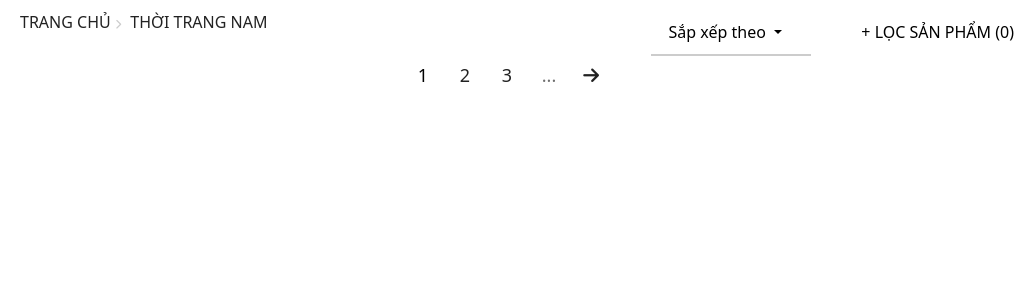
Repository: NguyenQuangQuan021099/FE_Page-Male
Page: index.html
The author's editor kept a copy of each file at every save. The page is drawn from the files as they stood at one save, then again after the next save.
The browser window is 1024 px wide. The pictures show the whole page.
The page's requests for data from a server got no answer. Some web libraries are served in a nearby version.

Above is the page before, as saved 2021-07-08 18:03:08.

### index.html
<!DOCTYPE html>
<html lang="en">
<head>
    <meta charset="UTF-8">
    <meta http-equiv="X-UA-Compatible" content="IE=edge">
    <script src="https://kit.fontawesome.com/ce2ff1d6ed.js" crossorigin="anonymous"></script>
    <link href="https://cdn.jsdelivr.net/npm/bootstrap@5.0.1/dist/css/bootstrap.min.css" rel="stylesheet" integrity="sha384-+0n0xVW2eSR5OomGNYDnhzAbDsOXxcvSN1TPprVMTNDbiYZCxYbOOl7+AMvyTG2x" crossorigin="anonymous">
    <script src="https://code.jquery.com/jquery-3.6.0.min.js" integrity="sha256-/xUj+3OJU5yExlq6GSYGSHk7tPXikynS7ogEvDej/m4=" crossorigin="anonymous"></script>
    <meta name="viewport" content="width=device-width, initial-scale=1.0">
    <link rel="stylesheet" href="style.css">
    <title>Trang Nam</title>
</head>
<body>
<div class="main">
<!-- -------------------------Begin Nav-------------------------------------------------- -->
<div class="category__product__action d-flex ">
    <div class="breadcrumbs">
        <a href="" title="Đi đến trang chủ">TRANG CHỦ</a>
        <i style="color: #ccc; font-size: 10px; margin-right: 5px; padding-bottom: 2px;" class="fas fa-chevron-right"></i>
        <span style="color: #222">THỜI TRANG NAM</span>
    </div>
    <div class="nav-2">
    <div class="toolbar__product ">
      <a href="#" class="active" title="Lưới" ></a>
      <a href="#" class="disable" title="Danh sách" ></a>
    </div>
    <!-- --------------begin dropdown ------------------>
    <div class="dropdown">
      <button class="btn btn-secondary dropdown-toggle" type="button" id="dropdownMenuButton1" data-bs-toggle="dropdown" aria-expanded="false">
        Sắp xếp theo
      </button>
      <ul class="dropdown-menu sorter" aria-labelledby="dropdownMenuButton1" .>
        <li><a class="dropdown-item" href="#">Thứ tự chữ cái A-Z</a></li>
        <li><a class="dropdown-item" href="#">Thứ tự chữ cái Z-A</a></li>
        <li><a class="dropdown-item" href="#">Giá tăng dần</a></li>
        <li><a class="dropdown-item" href="#">Giá giảm dần</a></li>
        <li><a class="dropdown-item" href="#">Sản phẩm mới nhất</a></li>
      </ul>
    </div>
    <!-- -------------------end dropdown ---------------->

    <!-------------------- begin filter---------------- -->
  <div class="filter__toggle">
    <div class="list-group">
      <button class="list-group-item list-group-item-action actived-list" aria-current="true" >
        + LỌC SẢN PHẨM (0)
      </button>
      <div class="list-select">
        <div class="list-group-item list-group-item-action reset-close">
          <button class="reset">ĐẶT LẠI</button>
          <button class="close">ĐÓNG</button>
        </div>
        <div class="filter-option-list">
          <div class="filter-option">
            <button class="list-group-item list-group-item-action btn__item actived">NHÓM
              <div class="icon">
                <i class="fas fa-plus icon-1"></i>
                <i class="fas fa-minus icon-2"></i>
              </div>
            </button>
            <div class="item__male">
              <ul class="items">
                <li class="item"> <a href="">ÁO NAM</a></li>
                <li class="item"> <a href="">QUẦN NAM</a></li>
                <li class="item"> <a href="">GIÀY DÉP NAM</a></li>
                <li class="item"> <a href="">PHỤ KIỆN THỜI TRANG NAM</a></li>
              </ul>
            </div>
          </div>

        <div class="filter-option">
          <button class="list-group-item list-group-item-action btn__item actived">KÍCH CỠ
            <div class="icon">
              <i class="fas fa-plus icon-1"></i>
              <i class="fas fa-minus icon-2"></i>
            </div>
          </button>
          <div class="item__male">
            <ul class="items items-size">

            </ul>
          </div>
        </div>
        <div class="filter-option">
          <button class="list-group-item list-group-item-action btn__item">MÀU TRANG PHỤC</button>
        </div>
        <div class="filter-option">
        <button class="list-group-item list-group-item-action btn__item">GÍA TIỀN</button>
        </div>
        </div>
      </div>
    </div>
  </div>
<!-- -------------------End filter--------------------- -->
</div>
</div>

<!-- --------------------End Nav----------------------- -->

<!-------------------Begin product--------------------- -->
<div class="product">
        <ol id="product-list-items">

        </ol>
</div>
<!-------------------End product--------------------- -->

<!-- -------------Begin pagination --------------------->
<div class="pagination ">
  <ul class="list__pag ">
    <li class="item__current"><a href="#">1</a></li>
        <li class="item"><a href="#">2</a></li>
        <li class="item"><a href="#">3</a></li>
        <li class="item"><span>...</span></li>
        <li class="item__next"><a href="#" title="Tiếp theo"><i class="fas fa-arrow-right"></i></a></li>
  </ul>
</div>
<!-- -------------End pagination ---------------------->
</div>
    <script src="./app.js"></script>
    <script src="https://cdn.jsdelivr.net/npm/@popperjs/core@2.9.2/dist/umd/popper.min.js" integrity="sha384-IQsoLXl5PILFhosVNubq5LC7Qb9DXgDA9i+tQ8Zj3iwWAwPtgFTxbJ8NT4GN1R8p" crossorigin="anonymous"></script>
    <script src="https://cdn.jsdelivr.net/npm/bootstrap@5.0.1/dist/js/bootstrap.min.js" integrity="sha384-Atwg2Pkwv9vp0ygtn1JAojH0nYbwNJLPhwyoVbhoPwBhjQPR5VtM2+xf0Uwh9KtT" crossorigin="anonymous"></script>
</body>
</html>

### style.css
*{
    margin: 0;
    padding: 0;
    box-sizing: border-box;
}

html{
    font-family: Arial, Helvetica, sans-serif;
}

a, a:hover{
    color: #222;
    text-decoration: none;
}

.category__product__action{
    margin: 10px 0 50px 0;
    position: relative;
}

.nav-2{
    display: flex;
    position: absolute;
    right: 10px;
}
.toolbar__product{
    margin-top: 10px;
}
.toolbar__product a{
    height: 28px;
    display: inline-block;
    width: 38px;
    background-repeat: no-repeat;
}

.toolbar__product .active{
    background-image: url(./img/grid4active.svg);
    padding-right: 52px;
}

.toolbar__product .disable{
    background-image: url(./img/grid2disable.svg);
}

/* Dropdown css */
.dropdown{
    margin: 0 50px;
}

.btn-secondary {
    width: 160px;
    height: 46px;
    color: black;
    background-color: white;
    border-style: none;
    border-bottom: 2px solid #ccc;
    border-radius: 0px;
    padding: 0 25px 0 13px;
}


.btn-secondary:hover{
    color: black;
    background-color: white;
    border-bottom: 1px solid #ccc;

}

.btn-check:focus+.btn-secondary, .btn-secondary:focus {
    color: black;
    background-color: #fff;
    border-color: rgb(54, 52, 52);
    box-shadow: none;
    outline: none;
}
.sorter .dropdown-item:hover {
    color: white;
    background-color: #1777f2;
}

/* End dropdown */

/*  product items css */
/* filter css */
.list-group .actived-list{
    background-color: #fff;
    border-style: none;
    color:black ;
    padding: 0;
}

.reset-close{
    width: 100%;
    padding: 20px 0 ;
    display: flex;
    justify-content: space-between;
    border-style: none;
    border-bottom: 1px solid black;
    position: relative;

}
.reset-close button{
    font-size: 18px;
    margin: 0 30px;
    border-style: none;
    background-color: #fff;
}

/* begin filter */
.filter__toggle{
    margin-top: 10px;
}

.list-select{
    width: 25.8%;
    height: 100%;
    position: fixed;
    top: 0;
    display: none;
    right: 0;
    z-index: 2;
    background-color: #fff;
    border-left: 1px solid black;
    animation: mymove ease-in-out .8s;
    transition: all 0.2s ease-in-out 0.2s;
}

.list-group-item-action:hover{
    background-color: #fff;
}

.list-select button{
   font-size: 18px;
}

.btn__item{
    padding-left: 30px;
    display: flex;
    justify-content: space-between;
}

.list-group .item__male ul li{
    list-style: none;
    padding-top: 8px;
}

.filter-option-list{
    height: 95vh;
    overflow-y: scroll;
}

.filter-option{
    border-bottom: 1px solid black;
}

.filter-option button .icon{
   display: inline-block;

}

.filter-option button .icon .icon-1{
    display: none;
}


@keyframes mymove{
    0%{
        right: -100%;
    }

    50%{
        right: -50%;
    }
    100%{
        right: 0;
    }
}

/* end filter css */
/* product items css */
.product{
     max-width: 100%;
     padding-left: 12px;
}

.product ol{
    display: flex;
    flex-wrap: wrap;
    padding-left: 0;
}

.product #product-list-items .product-items{
    width: 25%;
    list-style: none;
    margin-bottom: 30px;
}

li .renderItems  a img{
    width: 100%;
    object-fit: cover;
    padding: 3px;
}

li .renderItems  .sub__div{
    padding-top: 16px;
    display: flex;
    flex-direction: column;
}

li .renderItems .sub__div .title{
    color: #222;
    font-weight: 500;
    text-transform: uppercase;
    font-size: 12px;
    text-decoration: none;
}

li .renderItems .sub__div .price{
    opacity: 0.7;
    font-size: 16px;
    font-family: Roboto;
}

li .renderItems .sub__div a{
    position: relative;
    display: inline-block;
}

li .renderItems .sub__div .img__mini{
    width: 22px;
    height: 22px;
}

li .renderItems .sub__div a img{
    width: 100%;
    object-fit: none;
}

li .renderItems .sub__div a img:hover{
    border: 1px solid black;
}

li .renderItems .sub__div a .sub__content{
    position: absolute;
    padding: 10px 30px;
    border: 1px solid black;
    border-radius: 5px;
    background-color: #fff;
    top: -50px;
    display: none;
}

li .renderItems .sub__div a:hover .sub__content{
    display: block;
}

/* End product items */

/* Begin pagination */
.pagination{
    display: block;
}

.pagination ul{
    display: flex;
    justify-content: center;
}
.pagination ul li{
    list-style: none;
    width: 30px;
    height: 30px;
    font-size: 18px;
    color: #707070;
    margin: 12px 6px;
    text-align: center;
}

.pagination ul .item__current a{
    color: black;
}

.pagination ul li:hover a{
    background-color: #ccc;
    border-radius: 2px;
    padding: 6px 12px;
}

/* End paginaton */

/* Responsive */
/* Mobile : width < 720px */
@media only screen and (max-width: 46.1875em){

}

/* tablet : width >= 740px and width < 1024px */
@media screen and (max-width: 1024px) {

    .category__product__action{
        padding: 0 20px;
        margin-bottom: 0;
    }



    .toolbar__product{
        display: none;
    }


    ol, ul {
        padding-left: 0  !important;
    }

    ol>:first-child{
      width: 100% !important;
      padding-right: 12px;
    }

    ol >:first-child .renderItems a img{
        width: 100% !important;
    }

    li{
        width: 50% !important;
        padding-right: 10px;
    }

    .pagination ul li{
        width: 30px !important;
    }

}

### app.js
let itemAPI = "http://localhost:3000/items";
let sizeAPI = "http://localhost:3000/listSize";

function start() {
    getItem(renderItems);
    getSize(renderListSize);
}
start();

// lay ra item
function getItem(callback) {
    fetch(itemAPI)
    .then(function(response){
        return response.json();
    })
    .then(callback);
}

//render item
function renderItems(items){
    let listItemsBlock = document.querySelector("#product-list-items");
    let htmls = items.map(function(item){
        return `
        <li class="product-items">
            <div class="renderItems">
                <a href=""><img src="${item.image}" alt="" srcset=""></a>

                <div class="sub__div">

                    <a href="#" class="title"> ${item.title} </a> <br>

                    <span class="price">${item.price}</span> <br>

                        <a class="img__mini" href="#"> <img src="${item.miniimg}">
                            <div class="sub__content">
                                ${item.contentmini1}
                            </div>
                        </a>
                </div>
            </div>
        </li>
        `;
    });
    listItemsBlock.innerHTML = htmls.join('');
}

// render list size clothing
function getSize(callback) {
    fetch(sizeAPI)
    .then(function(response){
        return response.json();
    })
    .then(callback);
}

function renderListSize(listSize){
    let listSizeBlock = document.querySelector(".items-size");
    console.log(listSizeBlock);
    let htmls = listSize.map(function(size){
        return `
            <li class="item"> <a href=""> ${size.sizeClothing}</a></li>
        `;
    });
    listSizeBlock.innerHTML = htmls.join('');
    console.log(htmls);
}


// $('.show-hide').on("click", function(e){
//     $(this).find('.hide').css("display", "none");
//     $(this).find('.show').css("display", "block");
//     e.preventDefault();
// })


// filter actions
$('.actived-list, .close').on("click", function(){
    $(this).parent('.list-group').find('.list-select').toggle();
    $(this).parents('.list-select').toggle();

})

$('.actived, .not-actived').on("click", function(){
    $(this).find('.icon-1').toggle();
    $(this).find('.icon-2').toggle();
    $(this).parent('.filter-option').find('.item__male').toggle();
        if ($(this).hasClass('actived')) {
            $(this).removeClass('actived').addClass('not-actived');
        } else {
                $(this).removeClass('not-actived').addClass('actived');
        }
})


$('.reset').on("click", function(){
   $(this).parents('.list-select').find('.item__male').show();
   $(this).parents('.list-select').find('.icon-1').hide();
   $(this).parents('.list-select').find('.icon-2').show();
})

After the next save:
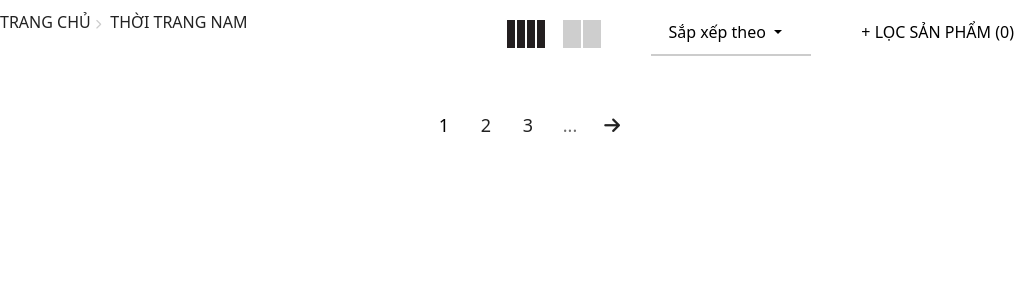
Saved 44 s later.
--- a/style.css
+++ b/style.css
@@ -294,7 +294,7 @@
 }
 
 /* tablet : width >= 740px and width < 1024px */
-@media screen and (max-width: 1024px) {
+@media screen  (max-width: 1024px) {
 
     .category__product__action{
         padding: 0 20px;

After the 2 saves that followed:
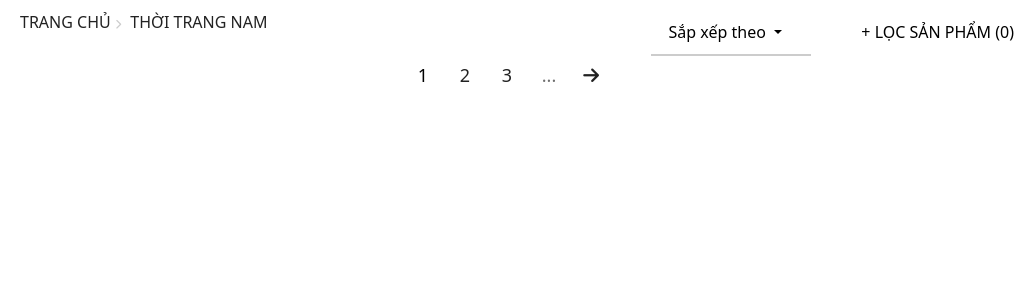
The 2 saves are shown as one change because they came seconds apart.
The last was saved 48 s later.
--- a/style.css
+++ b/style.css
@@ -294,7 +294,7 @@
 }
 
 /* tablet : width >= 740px and width < 1024px */
-@media screen  (max-width: 1024px) {
+@media screen and  (min-width: 360px) and (max-width: 1024px) {
 
     .category__product__action{
         padding: 0 20px;
